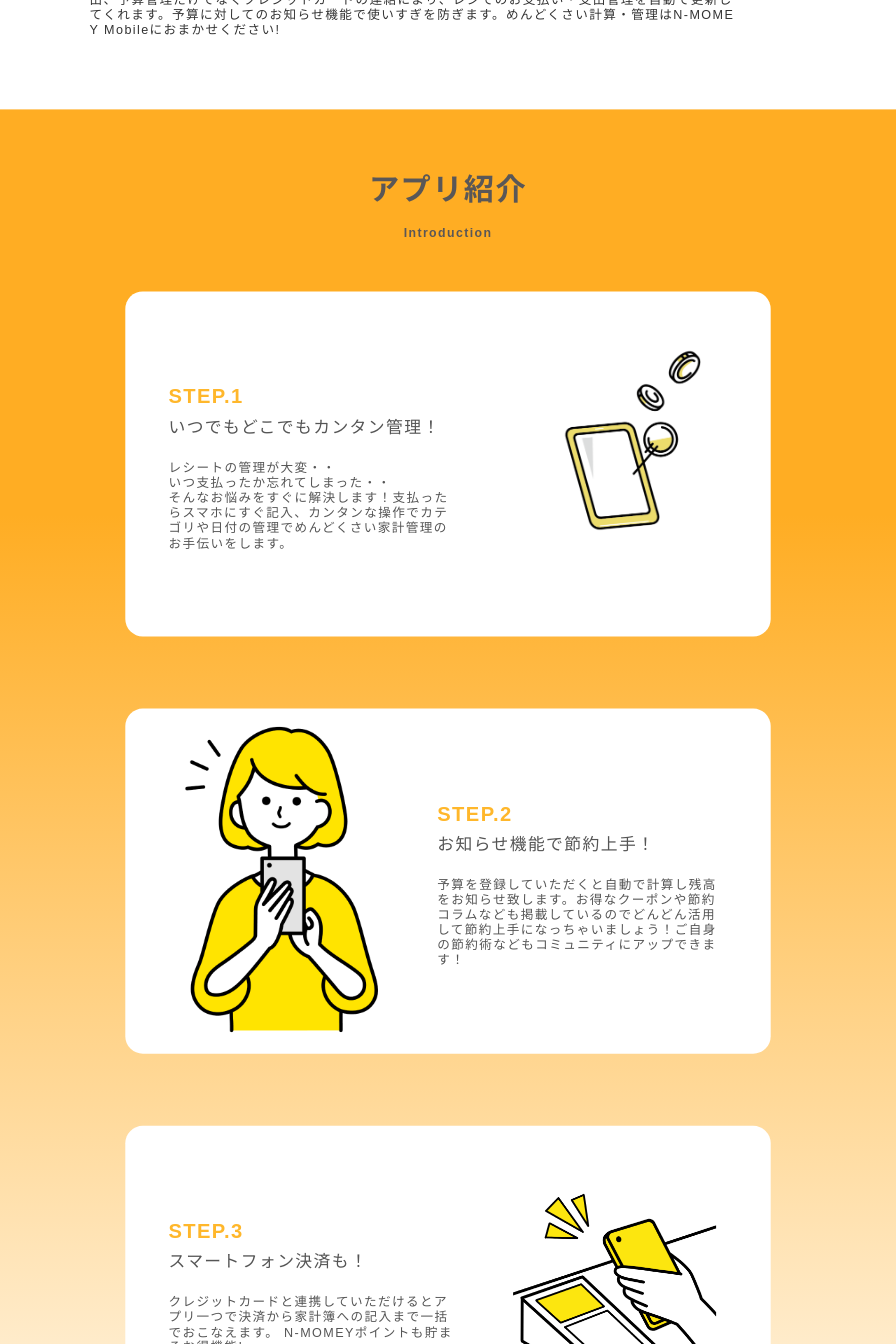
Repository: nozomi-23/lp2_test
Page: index.html
An editor plug-in stored every save of this project. The page is shown before and after a run of saves, followed by the edit.
The browser window is 1280 px wide. The pictures show the part of the page from y = 885 to 2805 px (the page is 4004 px tall), at 70% of full size.
Some web fonts or font styles are not loaded; a fallback is used.

Above is the page before, as saved 2022-06-18 15:20:41.

### index.html
<!DOCTYPE html>
<html lang="ja">
<head>
  <meta charset="UTF-8">
  <title>家計簿アプリ「N-MONEY」</title>
  <meta name="description" content="「人生をコードと共に」というビジョンを達成するべく、皆さんのプログラミング学習をサポートします。">
  <meta name="keywords" content="家計簿,アプリ,おすすめ">
  <meta name="viewport" content="width=device-width, initial-scale=1.0">
  <meta property="og:title" content="家計簿アプリ「N-MONEY」">
  <meta property="og:type" content="article">
  <meta property="og:url" content="https://withcode-plus.tech">
  <meta property="og:image" content="img/logo.png">
  <meta property="og:description" content="カンタン家計簿アプリ 「N-MONEY」でお得に楽に家計管理。">
  <meta property="og:site_name" content="家計簿アプリ">
  <link rel="icon" href="favicon.ico">
  <link rel="apple-touch-icon" sizes="180x180" href="img/logo.png">
  <link rel="preconnect" href="https://fonts.googleapis.com">
  <link rel="preconnect" href="https://fonts.gstatic.com" crossorigin>
  <link
    href="https://fonts.googleapis.com/css2?family=M+PLUS+1p:wght@400;500;700&family=Noto+Sans+JP:wght@400;500&display=swap"
    rel="stylesheet">
  <link rel="stylesheet" type="text/css" href="css/reset.css">
  <link rel="stylesheet" type="text/css" href="css/common.css">
</head>
<body>
  <!-- ========== header -->
  <header>
    <div class="header_inner">
      <h1 class="header_logo">
        <a href="#"><img src="img/logo.png" alt="ロゴ画像"></a>
      </h1>
      <nav class="header_nav">
        <ul class="header_list">
          <li class="header_item">
            <a href="#introduction">アプリ紹介</a>
          </li>
          <li class="header_item">
            <a href="#how">ご利用方法</a>
          </li>
          <li class="header_item">
            <a href="#fqa">よくある質問</a>
          </li>
          <li class="header_item">
            <a href="#news">お知らせ</a>
          </li>
          <li class="header_item heder_btn">
            <a href="#contact">お問い合わせ</a>
          </li>
        </ul>
      </nav>
      <div class="drawer"></div>
    </div>
  </header>
  <!-- ========== top -->
  <section class="top_section">
    <div class="inner">
      <div class="top_wrapper">
        <div class="top_left">
          <h2 class="title">
            <p>〜 簡単家計簿アプリ 〜</p><br>
            <span>N-MONEY Mobile</span>
          </h2>
          <div class="download">
            <div class="download_apple">
              <a href="https://www.apple.com/jp/app-store/">
                <img src="img/apple.png" alt="Apple Store">
              </a>
            </div>
            <div class="download_google">
              <a href="https://play.google.com/store/apps?hl=ja&gl=US">
                <img src="img/google.png" alt="Google Store">
              </a>
            </div>
          </div>
        </div>
        <div class="top_right">
          <img src="img/top.png" alt="トップ画像">
        </div>
      </div>
    </div>
  </section>
    <!-- ========== feature -->
    <div class="inner">

      <div class="feature_txt">
        <h3 class="feature_ttl">家でも外でもラクラク管理<br>
        N-MOMEY Mobileとは</h3>
        <p>N-MOMEY
        Mobileとはご自宅でも外出先でも簡単に家計を管理できるサービスです。カテゴリ別の支出、予算管理だけでなくクレジットカードの連結により、レジでのお支払い・支出管理を自動で更新してくれます。予算に対してのお知らせ機能で使いすぎを防ぎます。めんどくさい計算・管理はN-MOMEY
        Mobileにおまかせください!</p>
      </div>

    </div>
<!-- ========== Introduction -->
<section class="intro section" id="introduction">
  <div class="inner">
    <h4 class="common_ttl">アプリ紹介<br><small>Introduction</small></h4>
    <div class="intro_wrapper">
      <div class="intro_wrapper_left">
        <h5 class="intro_txt"><strong>STEP.1</strong><br>
          いつでもどこでもカンタン管理！</h5>
          <p>レシートの管理が大変・・<br>
          いつ支払ったか忘れてしまった・・<br>
          そんなお悩みをすぐに解決します！支払ったらスマホにすぐ記入、カンタンな操作でカテゴリや日付の管理でめんどくさい家計管理のお手伝いをします。</p>
      </div>
      <div class="intro_wrapper_right">
        <img src="img/step1.png" alt="スマートフォンの画像">
      </div>
    </div>
    <div class="intro_wrapper intro_wrapper_revers">
      <div class="intro_wrapper_left ">
        <h5 class="intro_txt"><strong>STEP.2</strong><br>
          お知らせ機能で節約上手！</h5>
        <p>予算を登録していただくと自動で計算し残高をお知らせ致します。お得なクーポンや節約コラムなども掲載しているのでどんどん活用して節約上手になっちゃいましょう！ご自身の節約術などもコミュニティにアップできます！
          </p>
      </div>
      <div class="intro_wrapper_right">
        <img src="img/step2.png" alt="スマートフォンの画像">
      </div>
    </div>
    <div class="intro_wrapper">
      <div class="intro_wrapper_left">
        <h5 class="intro_txt"><strong>STEP.3</strong><br>
          スマートフォン決済も！</h5>
        <p>クレジットカードと連携していただけるとアプリ一つで決済から家計簿への記入まで一括でおこなえます。
        N-MOMEYポイントも貯まるお得機能!<br>
        貯まったポイントは100ポイント1円からご利用いただけます。</p>
      </div>
      <div class="intro_wrapper_right">
        <img src="img/step3.png" alt="スマートフォンの画像">
      </div>
    </div>
  </div>
</section>
<!-- ========== how -->
<section class="how section" id="how">
  <div class="inner">
    <h4 class="common_ttl">アプリ紹介<br><small>Introduction</small></h4>
    <div class="how_wrapper">
      <div class="how_wrapper_item">
        <h5>iOS</h5>
        <ul>
          <li>1.Apple Store</li>
          <p>▼</p>
          <li>2.N-MOMEYと検索</li>
          <p>▼</p>
          <li>3.アプリをダウンロード</li>
          <p>▼</p>
          <li>4.アカウント登録</li>
          <p>▼</p>
          <li>5.クレジットカード登録(任意)</li>
          <p>▼</p>
        </ul>
      </div>
      <div class="how_wrapper_item">
        <h5>Android</h5>
        <ul>
          <li>1.Google Store</li>
          <p>▼</p>
          <li>2.N-MOMEYと検索</li>
          <p>▼</p>
          <li>3.アプリをダウンロード</li>
          <p>▼</p>
          <li>4.アカウント登録</li>
          <p>▼</p>
          <li>5.クレジットカード登録(任意)</li>
          <p>▼</p>
        </ul>
      </div>
    </div>
  </div>
</section>
</body>
</html>

### css/reset.css
@charset "UTF-8";

html,
body,
div,
span,
object,
iframe,
h1,
h2,
h3,
h4,
h5,
h6,
p,
blockquote,
pre,
abbr,
address,
cite,
code,
del,
dfn,
em,
img,
ins,
kbd,
q,
samp,
small,
strong,
sub,
sup,
var,
b,
i,
dl,
dt,
dd,
ol,
ul,
li,
fieldset,
form,
label,
legend,
table,
caption,
tbody,
tfoot,
thead,
tr,
th,
td,
article,
aside,
canvas,
details,
figcaption,
figure,
footer,
header,
hgroup,
menu,
nav,
section,
summary,
time,
mark,
audio,
video {
  margin: 0;
  padding: 0;
  border: 0;
  outline: 0;
  font-size: 100%;
  vertical-align: baseline;
  background: transparent;
}

body {
  line-height: 1;
}

article,
aside,
details,
figcaption,
figure,
footer,
header,
hgroup,
menu,
nav,
section {
  display: block;
}

nav ul {
  list-style: none;
}

blockquote,
q {
  quotes: none;
}

blockquote:before,
blockquote:after,
q:before,
q:after {
  content: '';
  content: none;
}

a {
  margin: 0;
  padding: 0;
  font-size: 100%;
  vertical-align: baseline;
  background: transparent;
}

/* change colours to suit your needs */
ins {
  background-color: #ff9;
  color: #000;
  text-decoration: none;
}

/* change colours to suit your needs */
mark {
  background-color: #ff9;
  color: #000;
  font-style: italic;
  font-weight: bold;
}

del {
  text-decoration: line-through;
}

abbr[title],
dfn[title] {
  border-bottom: 1px dotted;
  cursor: help;
}

table {
  border-collapse: collapse;
  border-spacing: 0;
}

/* change border colour to suit your needs */
hr {
  display: block;
  height: 1px;
  border: 0;
  border-top: 1px solid #cccccc;
  margin: 1em 0;
  padding: 0;
}

input,
select {
  vertical-align: middle;
}

### css/common.css
@charset "UTF-8";

body {
  font-size: 18px;
  line-height: 1.2;
  letter-spacing: 2px;
  word-break: break-all;
  color: #555;
  font-family: 'M PLUS 1p', sans-serif ,
  'Noto Sans JP', sans-serif;
}
li {
  list-style: none;
}
a {
  text-decoration: none;
  color: #333;
}
/* ===================
共通レイアウト
======================*/
.section {
  padding: 7% 0;
  position: relative;
  background-color: rgba(255, 105, 180, 0.085);
}
.inner {
  width: 80%;
  margin: 0 auto;
  /* background-color: rgb(221, 240, 240); */
}
/* ===================
共通パーツ
======================*/
.common_ttl {
  text-align: center;
  color: #5A5757;
  font-size: 2.7rem;
  margin-bottom: 6.5%;
}
.common_ttl small {
  font-size: 1.1rem;
}

/* ===================
header
======================*/
.header_inner {
  width: 90%;
  height: 15vh;
  margin: 0 auto;
  display: flex;
  justify-content: space-between;
  align-items: center;
}
.header_logo {
  position: fixed;
  top: 1rem;
  z-index: 3;
}
.header_logo img {
  width: 100%;
  height: 100%;
}
.header_nav {
  margin-left: auto;
}
.header_list {
  display: flex;
  justify-content: flex-end;
  align-items: center;
}
.header_list li {
  margin-left: 1.8rem;
}
.header_list li a:hover {
  opacity: 0.5;
}
.heder_btn a{
  background: #FFB72B;
  color: #fff;
  line-height: 3;
  border-radius: 15px;
  display: inline-block;
  padding: 0 1.8rem;
}
/* ===================
top
======================*/
.top_wrapper {
  margin-top: 10%;
  height: auto;
  display: flex;
  justify-content: space-evenly;
  align-items: center;
}
.top_left {
  text-align: center;
  width: 50%;
  height: auto;
}
.title p{
  font-size: 1.7rem;
  font-weight: 400;
  margin-bottom: 2%;
  color: #333;
}
.title span {
  font-size: 3.5rem;
  color: #FFB72B;
  font-weight: bold;
}
.download {
  display: flex;
  align-items: center;
  justify-content: space-evenly;
  margin-top: 10%;
}
.download_apple {
  width: 35%;
}
.download_apple img {
  width: 100%;
  height: 100%;
}
.download_google {
  width: 35%;
}
.download_google img {
  width: 100%;
  height: 100%;
}
.top_right {
  width: 42%;
  height: auto;
}
.top_right img {
  width: 100%;
  height: 100%;

}
/* ===================
feature
======================*/
.feature_txt {
  width: 90%;
  margin-bottom: 10%;
}
.feature_ttl {
  font-size: 1.9rem;
  color: #FFB72B;
  font-weight: 400;
  margin: 5% 0 2% 0;
  line-height: 1.5;
}
.feature_ttl::after {
  content: "";
  display: inline-block;
  width: 100px;
  height: 2px;
  background: #FFB72B;
  margin-left: 2%;
  vertical-align: middle;
}
.feature_txt p {
  color: #333;
}
/* ===================
Introduction
======================*/
.intro {
  background: linear-gradient(180deg, #FFAD23 27.08%, rgba(255, 173, 35, 0) 100%);
}
.common_ttl:first {
  color: #fff;
}
.intro_wrapper {
  width: 90%;
  height: 60vh;
  display: flex;
  align-items: center;
  justify-content: space-evenly;
  background: #fff;
  border-radius: 25px;
  margin: 0 auto;
  padding: 3% 0;
  margin-bottom: 10%;
}
.intro_wrapper_left {
  width: 45%;
  height: auto;
}
.intro_txt {
  font-size: 1.5rem;
  font-weight: 500;
  margin-bottom: 8%;
}
.intro_txt strong {
  font-weight: bold;
  color: #FFB72B;
  font-size: 1.8rem;
  margin-top: 1rem;
  line-height: 2;
}
.intro_wrapper_right {
width: 35%;
height: auto;
text-align: center;
}
.intro_wrapper_right img {
  max-width: 90%;

}
.intro_wrapper_revers {
  display: flex;
  flex-direction: row-reverse;
}

After the next 3 saves:
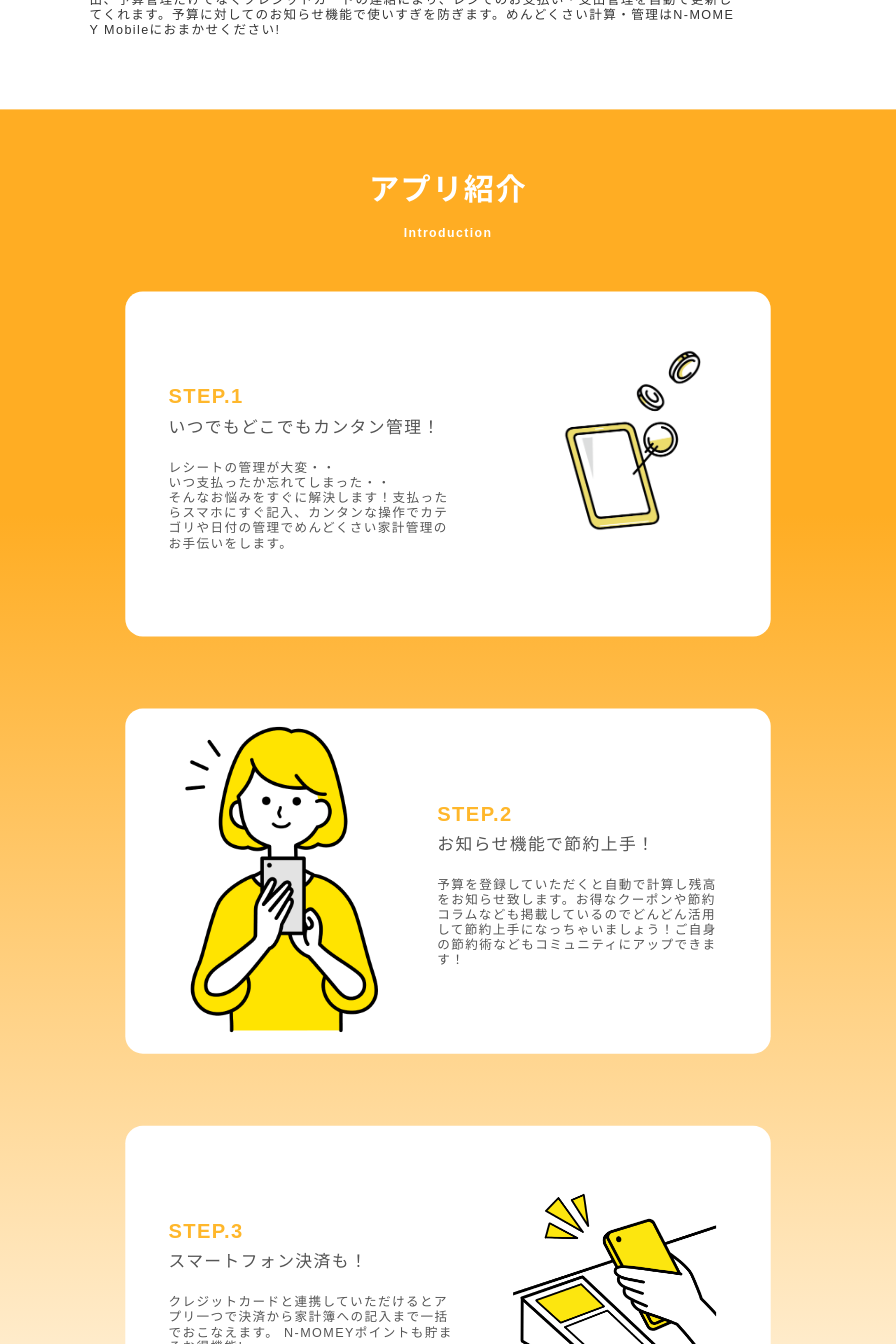
The 3 saves are shown as one change because they came seconds apart.
The last was saved 46 s later.
--- a/css/common.css
+++ b/css/common.css
@@ -171,7 +171,7 @@ Introduction
 .intro {
   background: linear-gradient(180deg, #FFAD23 27.08%, rgba(255, 173, 35, 0) 100%);
 }
-.common_ttl:first {
+.common_ttl:first-child {
   color: #fff;
 }
 .intro_wrapper {
